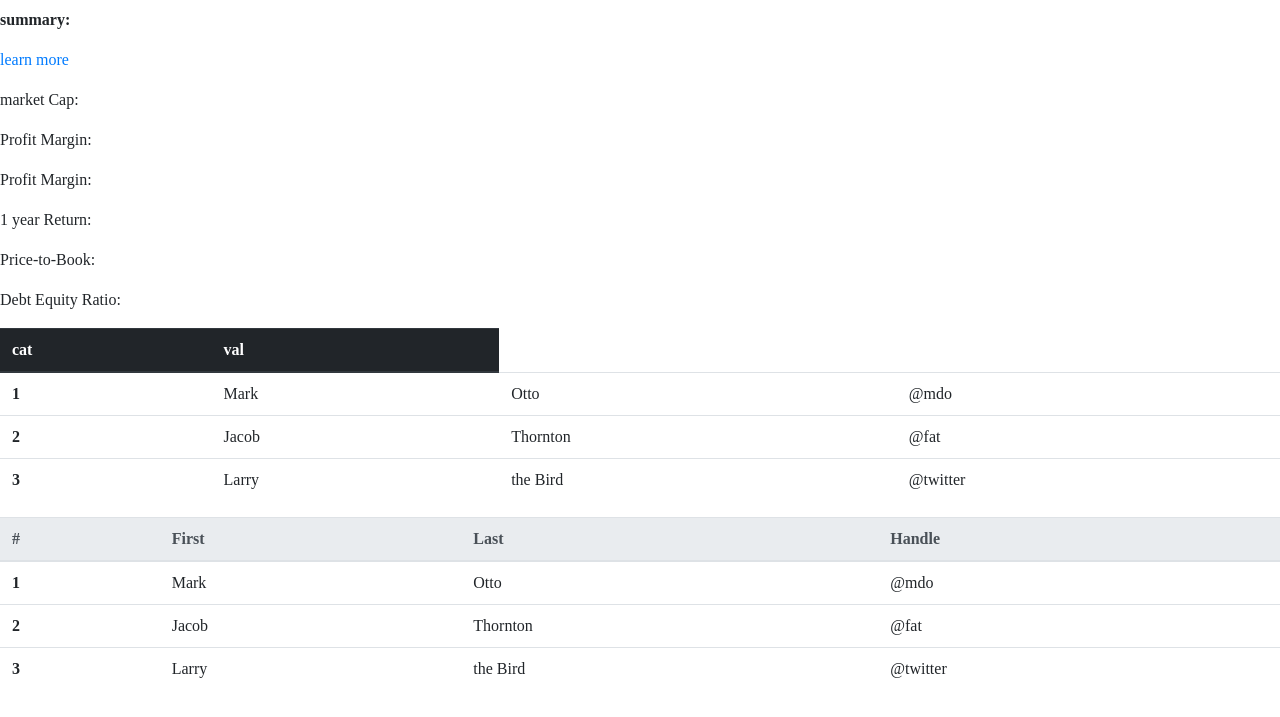
Repository: brendan12372/theSite
Page: topTen/templates/stocks/stock_detail.html
These files come from the project's save history. The page is drawn as it stood at one moment and after the next save; the edit follows.
The browser window is 1280 px wide. The pictures show the whole page.
Some web libraries are served in a nearby version. The page is served by the project's application, run on Django 4.2 (manage.py). Other server files are loaded and not shown. The template is opened directly, without the code that normally fills it, so the values that code supplies are empty.

Above is the page before, as saved 2022-03-14 23:50:45.

### topTen/templates/stocks/stock_detail.html
{% load static %}
{{ static }}

<html lang="en">
  <head>
    <!-- Required meta tags -->
    <meta charset="utf-8">
    <meta name="viewport" content="width=device-width, initial-scale=1, shrink-to-fit=no">

    <!-- Bootstrap CSS -->
    <link rel="stylesheet" href="https://cdn.jsdelivr.net/npm/bootstrap@4.0.0/dist/css/bootstrap.min.css" integrity="sha384-Gn5384xqQ1aoWXA+058RXPxPg6fy4IWvTNh0E263XmFcJlSAwiGgFAW/dAiS6JXm" crossorigin="anonymous">
    <link rel="stylesheet" type="text/css" href="{% static 'topTen/style.css' %}"><!doctype html>

    <title>Hello, world!</title>
  </head>
  <body>

    <h1 class="display-3 text-center">{{ object.shortName }}</h1>
    <p class="text-start font-weight-bold"> summary:</p><p>{{ object.summary }}</p>
    <p>{{object.news}}<a href={{object.link}}>learn more</a> </p>

    <p>market Cap: {{ object.marketCap }}</p>


    <p>Profit Margin: {{ object.profitMargins }}</p>
    <p>Profit Margin: {{ object.grossMargins }}</p>
    <p>1 year Return: {{ object.yearReturn }}</p>
    <p>Price-to-Book: {{ object.PriceToBook}}</p>
    <p>Debt Equity Ratio: {{ object.debtEquityRatio}}</p>

    <table class="table">
      <thead class="thead-dark">
        <tr>
          <th scope="col">cat</th>
          <th scope="col">val</th>
        </tr>
      </thead>
      <tbody>
        <tr>
          <th scope="row">1</th>
          <td>Mark</td>
          <td>Otto</td>
          <td>@mdo</td>
        </tr>
        <tr>
          <th scope="row">2</th>
          <td>Jacob</td>
          <td>Thornton</td>
          <td>@fat</td>
        </tr>
        <tr>
          <th scope="row">3</th>
          <td>Larry</td>
          <td>the Bird</td>
          <td>@twitter</td>
        </tr>
      </tbody>
    </table>

    <table class="table">
      <thead class="thead-light">
        <tr>
          <th scope="col">#</th>
          <th scope="col">First</th>
          <th scope="col">Last</th>
          <th scope="col">Handle</th>
        </tr>
      </thead>
      <tbody>
        <tr>
          <th scope="row">1</th>
          <td>Mark</td>
          <td>Otto</td>
          <td>@mdo</td>
        </tr>
        <tr>
          <th scope="row">2</th>
          <td>Jacob</td>
          <td>Thornton</td>
          <td>@fat</td>
        </tr>
        <tr>
          <th scope="row">3</th>
          <td>Larry</td>
          <td>the Bird</td>
          <td>@twitter</td>
        </tr>
      </tbody>
    </table>


    <!-- Optional JavaScript -->
    <!-- jQuery first, then Popper.js, then Bootstrap JS -->
    <script src="https://code.jquery.com/jquery-3.2.1.slim.min.js" integrity="sha384-KJ3o2DKtIkvYIK3UENzmM7KCkRr/rE9/Qpg6aAZGJwFDMVNA/GpGFF93hXpG5KkN" crossorigin="anonymous"></script>
    <script src="https://cdn.jsdelivr.net/npm/popper.js@1.12.9/dist/umd/popper.min.js" integrity="sha384-ApNbgh9B+Y1QKtv3Rn7W3mgPxhU9K/ScQsAP7hUibX39j7fakFPskvXusvfa0b4Q" crossorigin="anonymous"></script>
    <script src="https://cdn.jsdelivr.net/npm/bootstrap@4.0.0/dist/js/bootstrap.min.js" integrity="sha384-JZR6Spejh4U02d8jOt6vLEHfe/JQGiRRSQQxSfFWpi1MquVdAyjUar5+76PVCmYl" crossorigin="anonymous"></script>
  </body>
</html>

### tutorial/urls.py
from django.urls import path, include
from django.contrib import admin

urlpatterns = [
path('admin/', admin.site.urls),
path('', include('stocks.urls')),
path('topTen/', include('topTen.urls')),

]

### stocks/urls.py
from django.urls import path
from stocks import views
from django.contrib import admin

urlpatterns = [
    # path('stocks/', views.stocks_list),
    path('', views.stocks_list2),
    path('<int:pk>/', views.stocks_detail),
    path('<str:sector>/<str:sortBy>/<str:dir>', views.stocks_list),
    path('sectors/<str:sortBy>/<str:dir>', views.sector_list),

]

### topTen/urls.py
from django.urls import path
from topTen import views
urlpatterns = [
    # path('front/', views.front_list),
    # path('front/<int:pk>/', views.stocks_detail),
    path('sector/', views.sector_view,name='sector'),
    path('home/', views.vTwo,name='sort'),
    path('',views.home,name='home'),
    path('<int:pk>/', views.detail.as_view(),name='detail'),


]

### topTen/static/topTen/style.css
 /* Navbar container */
 .theOptions{
  background-color:lightblue;
  text-align: left;
     padding-left: 10%;
}
 article{
margin-top:30px;
 }
 body{
          font-family: "Noto Serif Armenian Light";

 }
.Key{
    background-color: lightblue;
}

.theList{
  background-color:darkgrey;
  text-align: left;
  margin-top: 5px;
    font-family: "Times";
}
p{
         font-family: "Noto Serif Armenian Light";

}
 .navbar {
  overflow: hidden;
  background-color: darkgrey;
  font-family: 'Noto Serif Armenian Light';
     margin-bottom: 30px;
}
 body {
   background-color:'green'
 }

/* Links inside the navbar */
.navbar a {
  float: left;
  font-size: 16px;
  color: white;
  text-align: center;
  padding: 14px 16px;
  text-decoration: none;
}

/* The dropdown container */
.dropdown {
  float: left;
  overflow: hidden;
}

/* Dropdown button */
.dropdown .dropbtn {
  font-size: 16px;
  border: none;
  outline: none;
  color: white;
  padding: 14px 16px;
  background-color: inherit;
  font-family: inherit; /* Important for vertical align on mobile phones */
  margin: 0; /* Important for vertical align on mobile phones */
}

/* Add a red background color to navbar links on hover */
.navbar a:hover, .dropdown:hover .dropbtn {
  background-color: red;
}

/* Dropdown content (hidden by default) */
.dropdown-content {
  display: none;
  position: absolute;
  background-color: #f9f9f9;
  min-width: 160px;
  box-shadow: 0px 8px 16px 0px rgba(0,0,0,0.2);
  z-index: 1;
}

/* Links inside the dropdown */
.dropdown-content a {
  float: none;
  color: black;
  padding: 12px 16px;
  text-decoration: none;
  display: block;
  text-align: left;
}

/* Add a grey background color to dropdown links on hover */
.dropdown-content a:hover {
  background-color: #ddd;
}

/* Show the dropdown menu on hover */
.dropdown:hover .dropdown-content {
  display: block;
}
label {
  ;
}

After the next save:
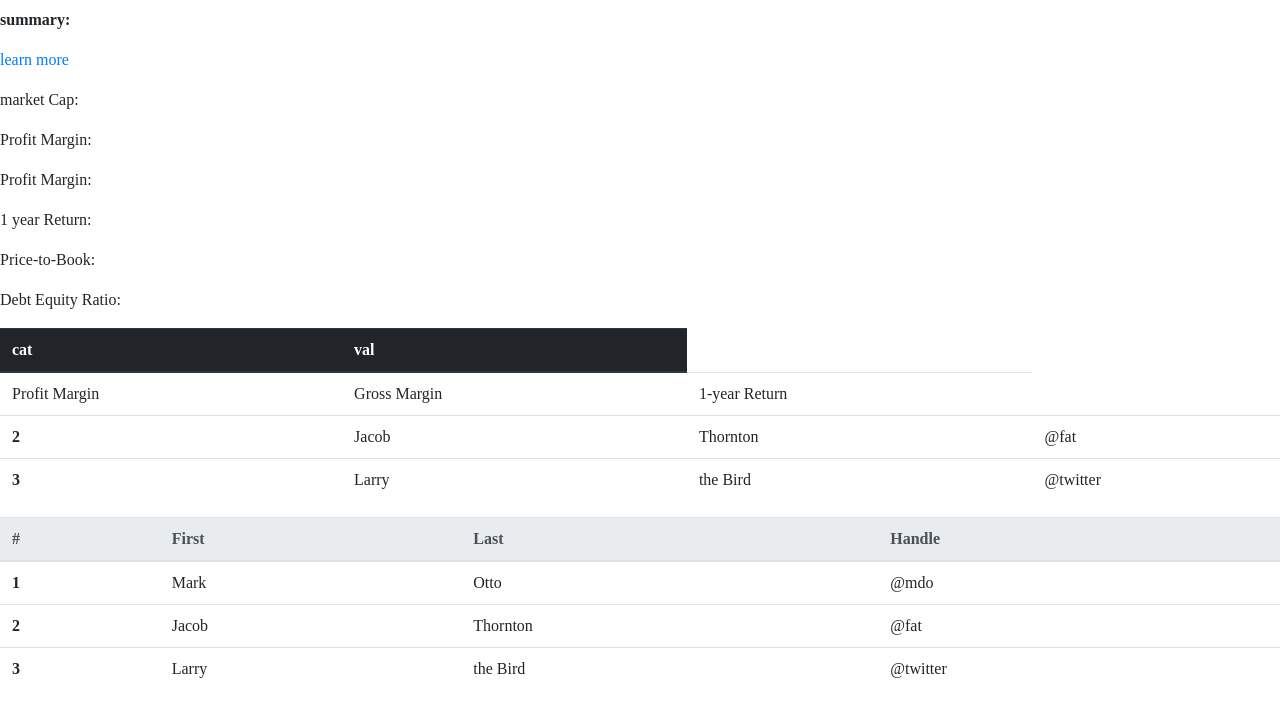
Saved 2 min 21 s later.
--- a/topTen/templates/stocks/stock_detail.html
+++ b/topTen/templates/stocks/stock_detail.html
@@ -37,10 +37,9 @@
       </thead>
       <tbody>
         <tr>
-          <th scope="row">1</th>
-          <td>Mark</td>
-          <td>Otto</td>
-          <td>@mdo</td>
+          <td>Profit Margin</td>
+          <td>Gross Margin</td>
+          <td>1-year Return</td>
         </tr>
         <tr>
           <th scope="row">2</th>
